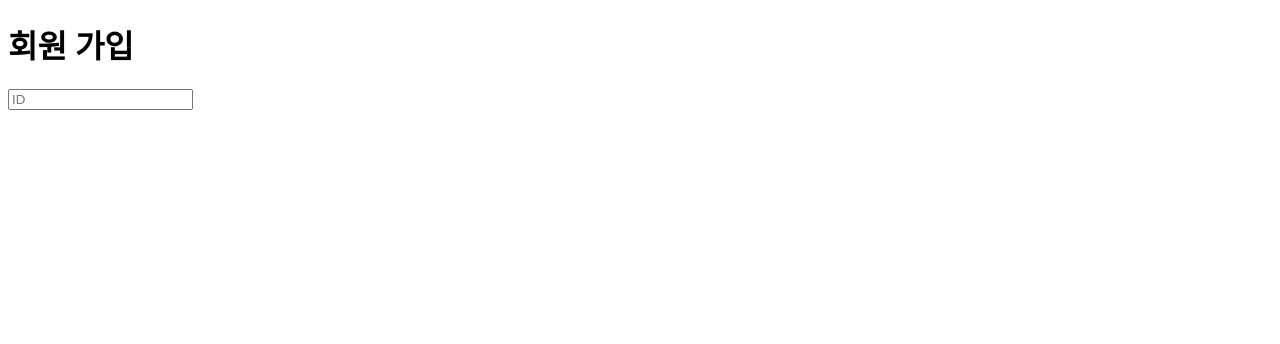
Repository: jjb5442/JSP
Page: http://localhost/06_Java_Bean_tutorial/Register.jsp
These files come from the project's save history. The page is drawn as it stood at one moment and after the next save; the edit follows.
The browser window is 1280 px wide. The pictures show the whole page.
The page is served by Tomcat 9. Other server files are loaded and not shown.

Above is the page before, as saved 2022-05-28 00:50:44.

### 8Day/workspace/06_Java_Bean_tutorial/src/main/webapp/Register.jsp
<%@ page language="java" contentType="text/html; charset=UTF-8"
    pageEncoding="UTF-8"%>
<!DOCTYPE html>
<html>
<head>
<meta charset="UTF-8">
<title>Insert title here</title>
</head>
<body>
	<h1>회원 가입</h1>
	<form action="Register_Result.jsp" method="post">
		<input type="text"		name="id"		placeholder="ID" required><br/><br/>
	</form>
</body>
</html>

After the next save:
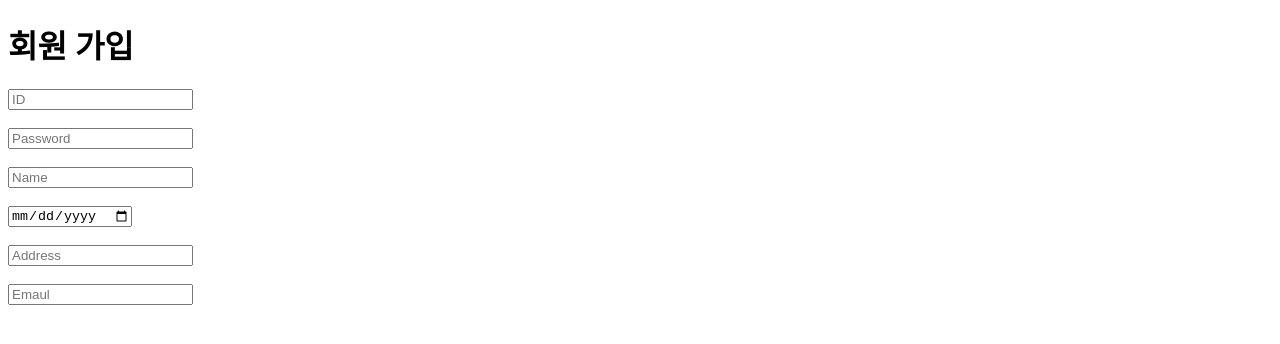
Saved 109 s later.
--- a/8Day/workspace/06_Java_Bean_tutorial/src/main/webapp/Register.jsp
+++ b/8Day/workspace/06_Java_Bean_tutorial/src/main/webapp/Register.jsp
@@ -9,7 +9,12 @@
 <body>
 	<h1>회원 가입</h1>
 	<form action="Register_Result.jsp" method="post">
-		<input type="text"		name="id"		placeholder="ID" required><br/><br/>
+		<input type="text"		name="id"		placeholder="ID" 		required><br/><br/>
+		<input type="password"	name="password"	placeholder="Password" 	required><br/><br/>
+		<input type="text"		name="name"		placeholder="Name" 		required><br/><br/>
+		<input type="date"		name="birthday"	placeholder="Birthday" 	required><br/><br/>
+		<input type="text"		name="address"	placeholder="Address" 	required><br/><br/>
+		<input type="email"		name="email"	placeholder="Emaul" 	required><br/><br/>
 	</form>
 </body>
 </html>
